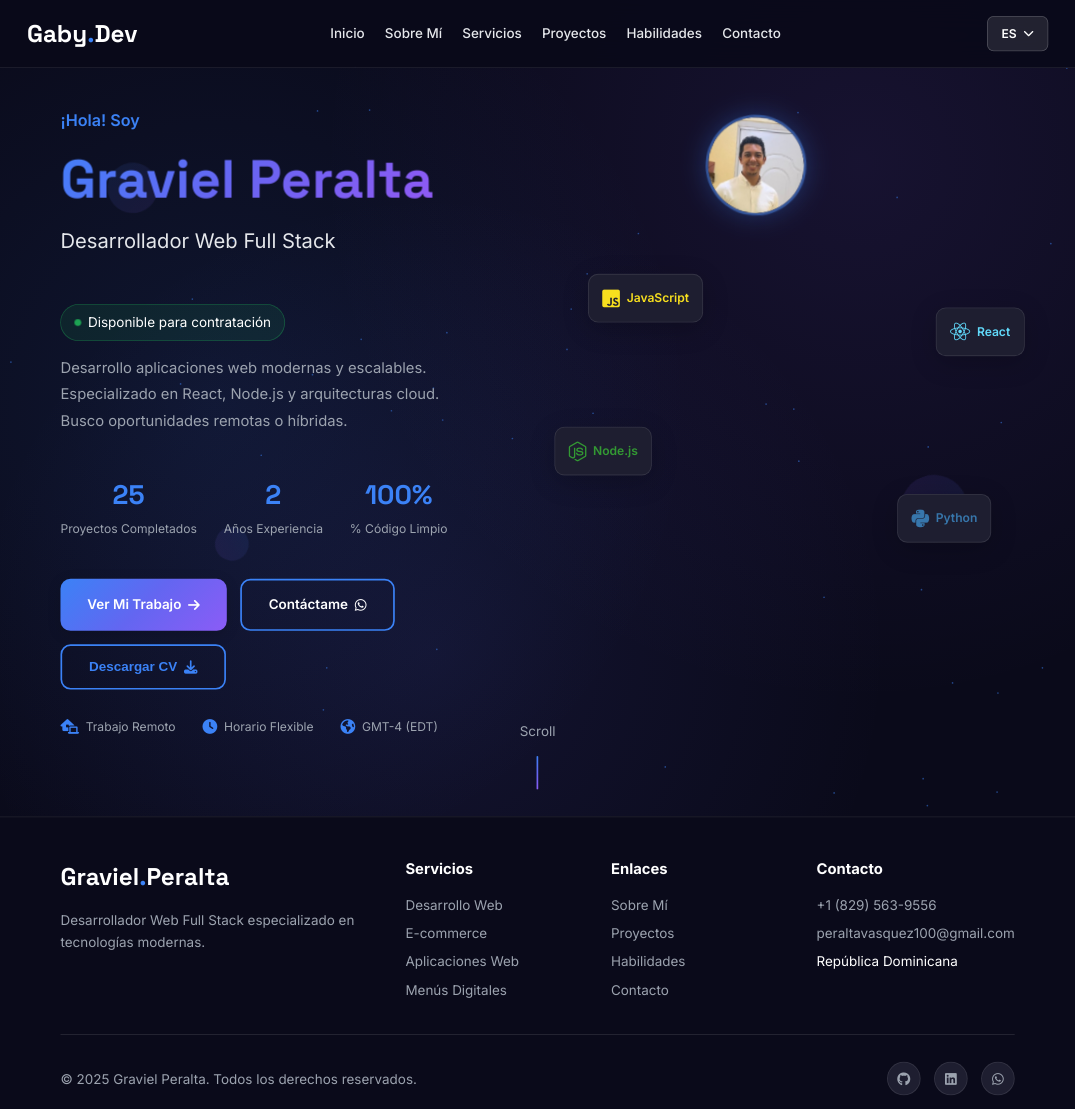
Repository: GravielPV/Portafolio--GabyDev
Page: index.html
These files come from the project's save history. The page is drawn as it stood at one moment and after the next save; the edit follows.
The browser window is 1280 px wide. The pictures show the whole page, at 84% of full size.

Above is the page before, as saved 2025-10-04 22:45:58.

After the next save:
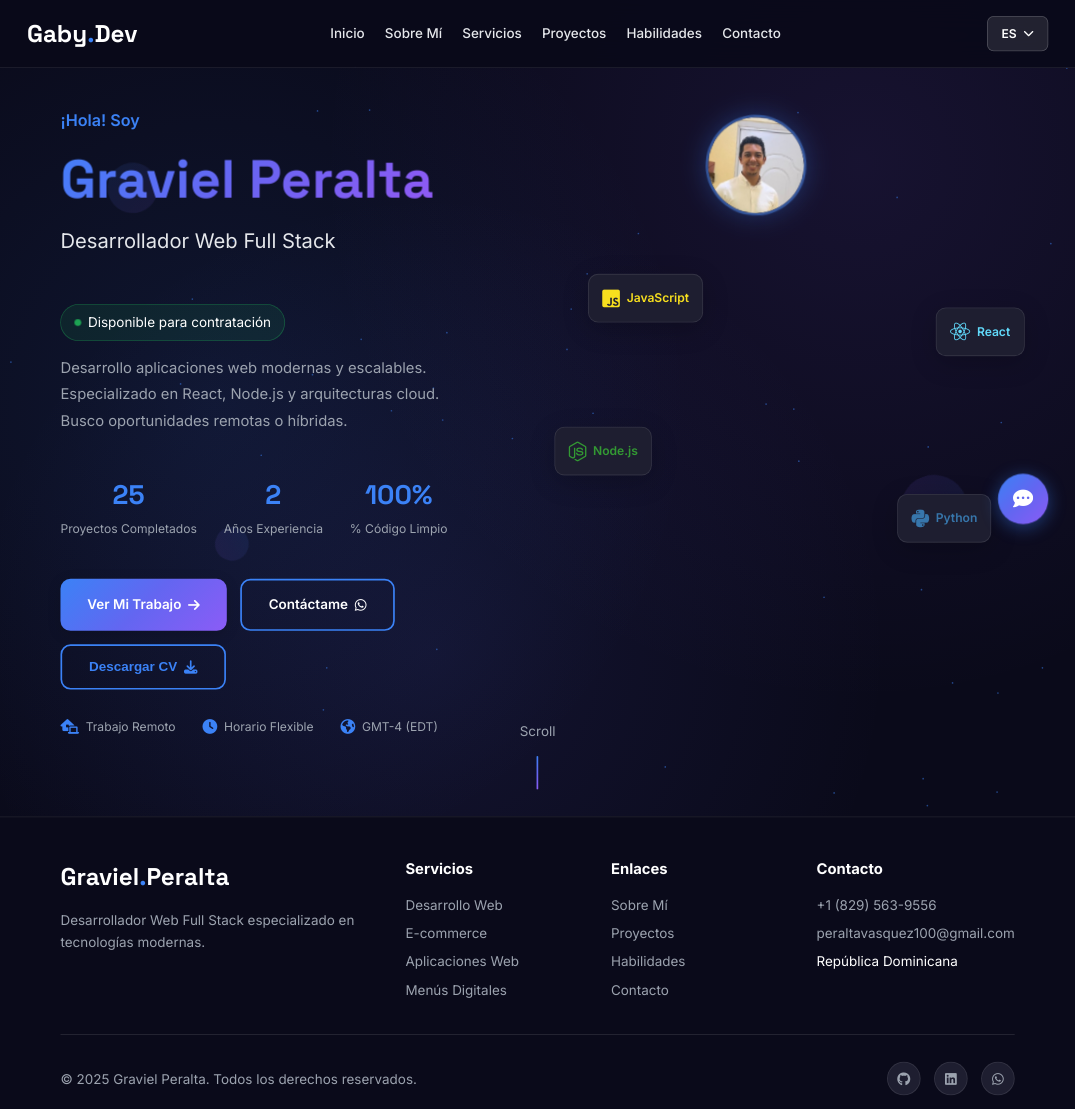
Saved 29 s later.
--- a/index.html
+++ b/index.html
@@ -307,6 +307,75 @@
         <i class="fas fa-chevron-up"></i>
     </button>
 
+    <!-- Floating Contact Button -->
+    <button id="floatingContact" class="floating-contact-btn" aria-label="Contáctame">
+        <i class="fas fa-comment-dots"></i>
+    </button>
+
+    <!-- Contact Modal -->
+    <div id="contactModal" class="contact-modal">
+        <div class="contact-modal-content">
+            <button class="modal-close" id="closeContactModal" aria-label="Cerrar">
+                <i class="fas fa-times"></i>
+            </button>
+
+            <div class="modal-header">
+                <h3><i class="fas fa-paper-plane" style="margin-right: 0.5rem; color: var(--primary-color);"></i>Envía un Mensaje</h3>
+                <p style="color: var(--text-muted); margin-top: 0.5rem;">Cuéntame sobre tu proyecto y te responderé en 24 horas</p>
+            </div>
+
+            <div class="modal-body">
+                <form action="https://formsubmit.co/peraltavasquez100@gmail.com" method="POST" style="display: flex; flex-direction: column; gap: 1.5rem;">
+                    <input type="hidden" name="_subject" value="🚀 Nuevo Contacto desde Portfolio - Graviel Peralta">
+                    <input type="hidden" name="_captcha" value="false">
+                    <input type="hidden" name="_template" value="box">
+                    <input type="hidden" name="_next" value="https://gravielpv.github.io/Portafolio--GabyDev-main/gracias.html">
+                    <input type="hidden" name="_autoresponse" value="¡Gracias por contactarme! He recibido tu mensaje y te responderé en menos de 24 horas. - Graviel Peralta">
+
+                    <div class="form-row" style="display: grid; grid-template-columns: 1fr 1fr; gap: 1rem;">
+                        <div class="form-group">
+                            <label for="modal-name">Nombre Completo</label>
+                            <input type="text" id="modal-name" name="name" required>
+                        </div>
+                        <div class="form-group">
+                            <label for="modal-email">Correo Electrónico</label>
+                            <input type="email" id="modal-email" name="email" required>
+                        </div>
+                    </div>
+
+                    <div class="form-group">
+                        <label for="modal-company">Empresa / Organización</label>
+                        <input type="text" id="modal-company" name="company">
+                    </div>
+
+                    <div class="form-group">
+                        <label for="modal-subject">Tipo de Proyecto</label>
+                        <select id="modal-subject" name="subject" required>
+                            <option value="">Selecciona el tipo de proyecto</option>
+                            <option value="💼 Oportunidad Laboral Full-Time">Oportunidad Laboral</option>
+                            <option value="🌐 Desarrollo Web">Desarrollo Web</option>
+                            <option value="⚡ Aplicación Full-Stack">Aplicación Full-Stack</option>
+                            <option value="🎨 Desarrollo Frontend">Desarrollo Frontend</option>
+                            <option value="🔧 Desarrollo Backend y APIs">Desarrollo Backend y APIs</option>
+                            <option value="💡 Consulta Técnica">Consulta Técnica</option>
+                            <option value="📝 Otro">Otro</option>
+                        </select>
+                    </div>
+
+                    <div class="form-group">
+                        <label for="modal-message">Detalles del Proyecto</label>
+                        <textarea id="modal-message" name="message" rows="5" placeholder="Describe tu proyecto, requisitos, cronograma y cualquier tecnología específica..." required></textarea>
+                    </div>
+
+                    <button type="submit" class="btn btn-primary" style="width: 100%;">
+                        <span>Enviar Mensaje</span>
+                        <i class="fas fa-paper-plane"></i>
+                    </button>
+                </form>
+            </div>
+        </div>
+    </div>
+
     <!-- Scripts -->
     <script src="https://unpkg.com/aos@2.3.1/dist/aos.js"></script>
     <script src="js/script.js"></script>
